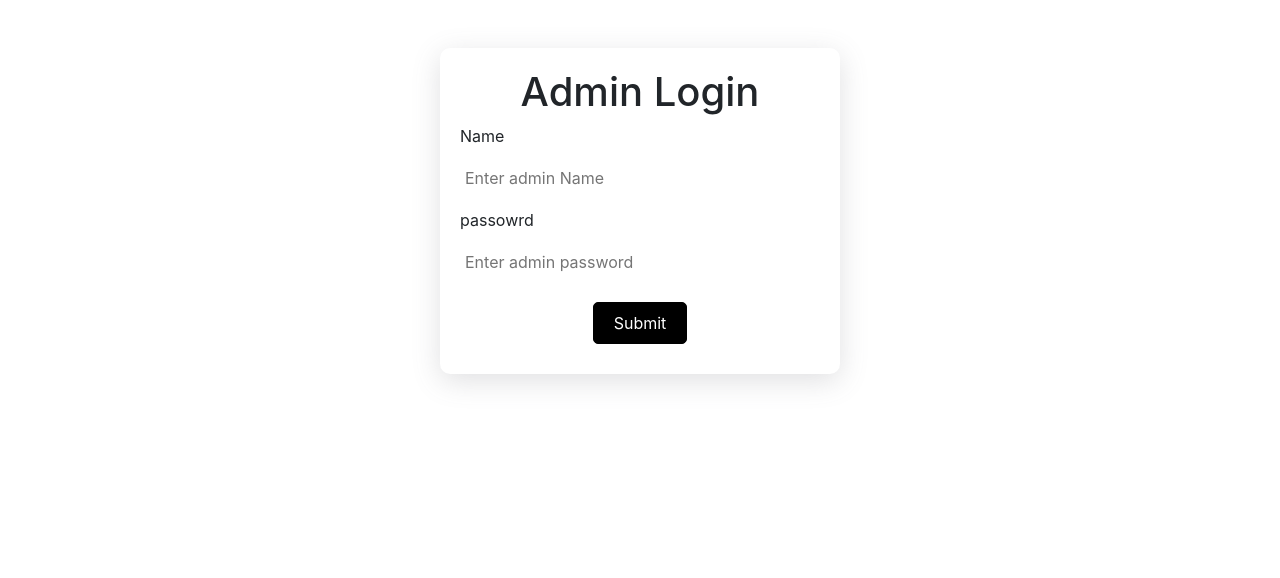
Repository: parthikjadav/parthik-react-practicle-exam
Page: /
An editor plug-in stored every save of this project. The page is shown before and after a run of saves, followed by the edit.
The browser window is 1280 px wide. The pictures show the whole page.
The project was rebuilt for these pictures with package versions that can differ from the ones it lists, and the page was loaded fresh each time. Requests to the local data server were answered from the project's data file. Also part of the build but not shown: src/App.css, src/componet/page/Reservationform.jsx, src/componet/page/Reservationlist.jsx, src/componet/header/navdata.js, src/componet/header/Navbar.jsx.

Above is the page before, as saved 2024-05-16 10:50:45.

After the next 2 saves:
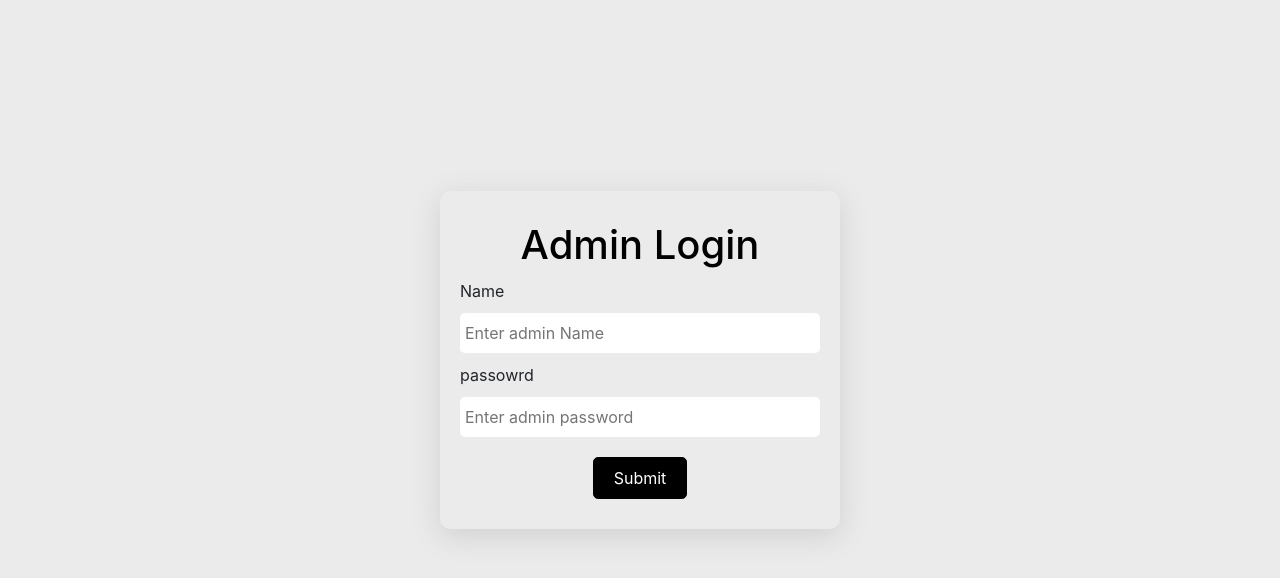
The 2 saves are shown as one change because they came seconds apart.
The last was saved 6 s later.
--- a/src/componet/page/AdminLogin.css
+++ b/src/componet/page/AdminLogin.css
@@ -10,7 +10,22 @@
   box-shadow: rgba(100, 100, 111, 0.2) 0px 7px 29px 0px;
 }
 .wrrapeer{
-
+    width: 100%;
+    height: 100vh;
+    display: flex;
+    justify-content: center;
+    align-items: center;
+    background-color: rgb(235, 235, 235);
+  }
+.form h1{
+  margin: 10px 0px;
+  color: black;
+}
+.form input:focus{
+  outline: none;
+}
+.form input:hover{
+  outline: none;
 }
 .form input{
   width: 100%;
